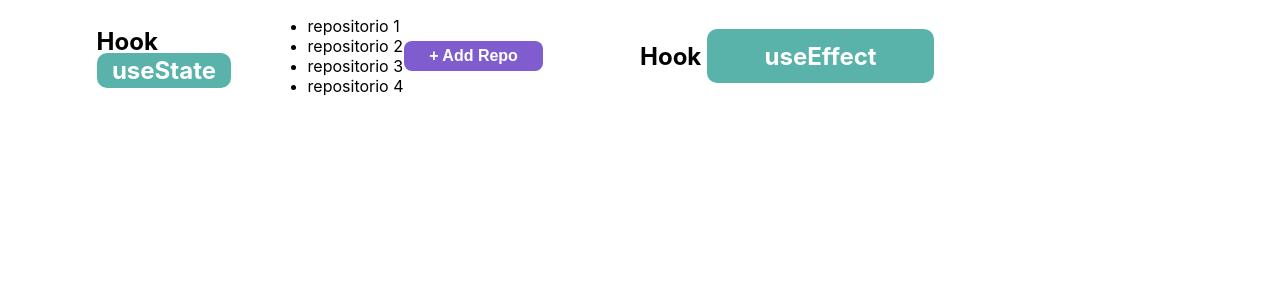
Repository: thiagolucio/react-hooks-use
Page: /
An editor plug-in stored every save of this project. The page is shown before and after the next save, followed by the edit.
The browser window is 1280 px wide. The pictures show the whole page.
The project was rebuilt for these pictures with package versions that can differ from the ones it lists, and the page was loaded fresh each time.

Above is the page before, as saved 2022-03-08 22:46:39.

After the next save:
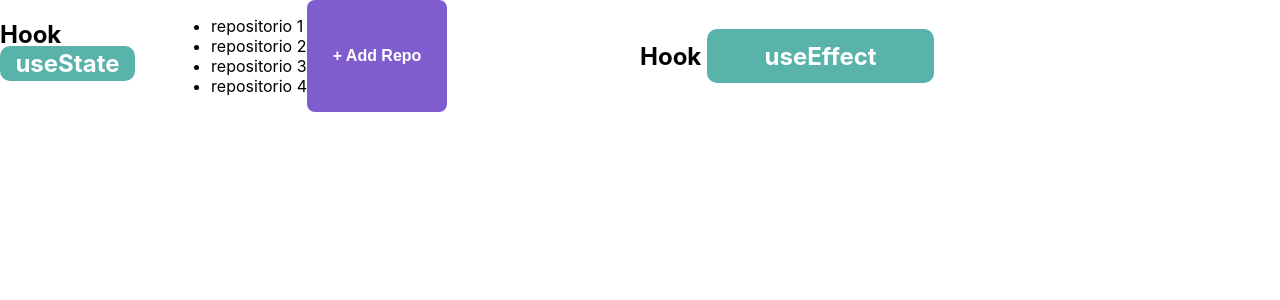
Saved 12 s later.
--- a/src/App.css
+++ b/src/App.css
@@ -8,8 +8,6 @@
 .container-row {
     display: flex;
     flex-direction: row;
-    align-items: center;
-    justify-content: center;
 }
 
 .cinquenta {

After the save that followed:
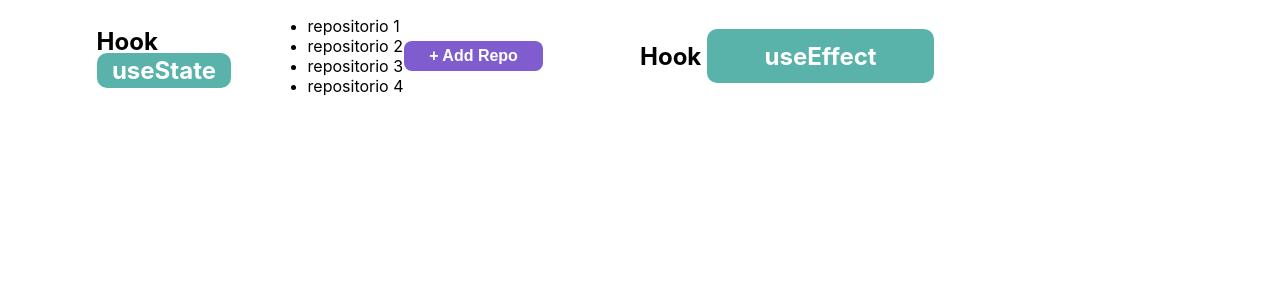
Saved 6 s later.
--- a/src/App.css
+++ b/src/App.css
@@ -8,6 +8,8 @@
 .container-row {
     display: flex;
     flex-direction: row;
+    align-items: center;
+    justify-content: center;
 }
 
 .cinquenta {
